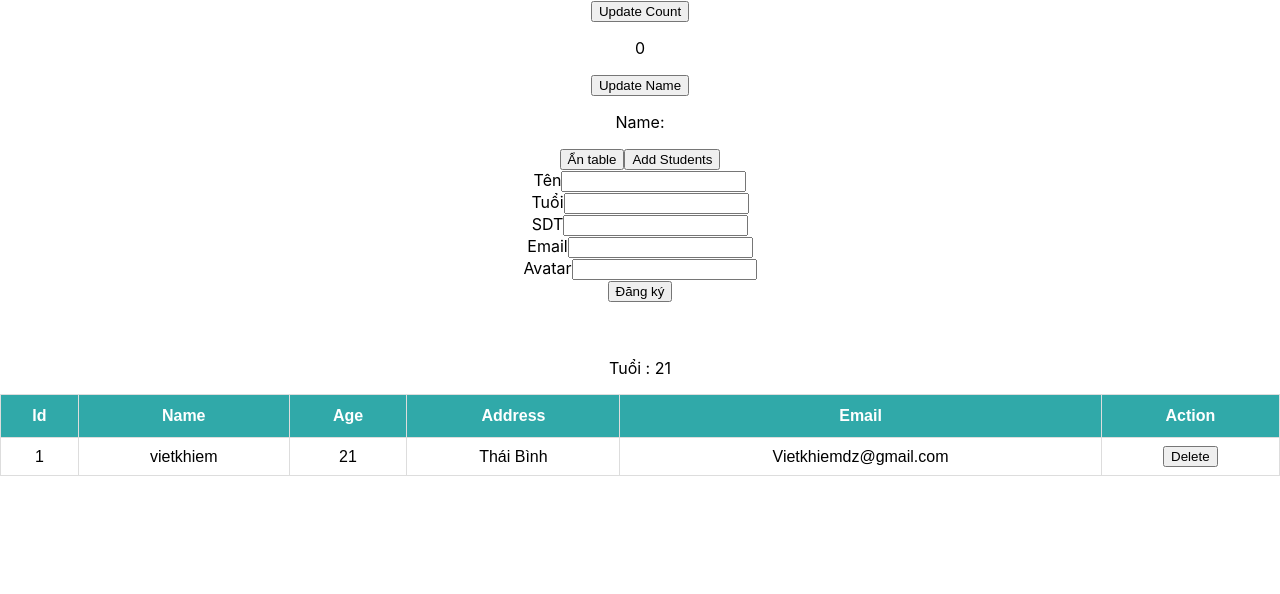
Repository: vietkhiem/TypeScript
Page: /
These files come from the project's save history. The page is drawn as it stood at one moment and after the next save; the edit follows.
The browser window is 1280 px wide. The pictures show the whole page.
The project was rebuilt for these pictures with package versions that can differ from the ones it lists, and the page was loaded fresh each time.

Above is the page before, as saved 2022-03-18 20:35:51.

### src/App.tsx
import React, {useState} from 'react';
import './App.css';
import Login from './pages/login';
import TableCustom from './pages/table';

type Student = {
  name: string,
  age: number,
  address: string,
  phone: number
}

function App() {
  const [count, setCount] = useState<number>(0);
  const [name, setName] = useState<string>('');
  //state trang thai hien thi bang
  const [isShowTable, setShowTable] = useState<boolean>(true);
  const studentsData = [
    {
      name: 'vietkhiem',
      age: 21,
      address: 'Thái Bình',
      email: 'Vietkhiemdz@gmail.com',
      action: 'Delete'
    }
  ]
  return (
    <div className="App">
      <button onClick={() => setCount(count+1)}>Update Count</button>
        <p>{count}</p>

      <button onClick={() => setName('viet khiem')}>Update Name</button>
        <p>Name: {name}</p>

        <button onClick={() => setShowTable(!isShowTable)}>
        {isShowTable === true ? 'Ẩn' : 'Hiện'}  table</button>

        <button>Add Students</button>
      {/* thêm view login vào trong App.tsx */}
        <Login />
        {/* thêm components table vào app */}
        {
          isShowTable === true
        ? <TableCustom rows={studentsData} />
        :null
        }

    </div>
  );
}

export default App;

### src/App.css
.App {
  text-align: center;
}

.App-link {
  color: #61dafb;
}

@keyframes App-logo-spin {
  from {
    transform: rotate(0deg);
  }
  to {
    transform: rotate(360deg);
  }
}
.customers {
  font-family: Arial, Helvetica, sans-serif;
  border-collapse: collapse;
  width: 100%;
}

.customers td, .customers th {
  border: 1px solid #ddd;
  padding: 8px;
}

.customers tr:nth-child(even){background-color: #f2f2f2;}

.customers tr:hover {background-color: #ddd;}

.customers th {
  padding-top: 12px;
  padding-bottom: 12px;
  text-align: center;
  background-color: rgb(48, 169, 169);
  color: white;
}

### src/pages/login/index.tsx
import React, {useState } from 'react'
import Table from '../table';

const Student = () => {
  type studenType = {
    name: string
    age: number
    phone: string
    email: string
  }
  const [data, setData] = useState<studenType[]>([
    {
      name: 'Nguyễn Viết Khiêm',
      age: 21,
      phone: '0965225408',
      email: 'khiemnvph10889@fpt.edu.vn',
    }
  ])
  const removeProduct = (id: number) => {
    console.log(id)
  }
  type info = {
    age: number
  }
  const showAge = (props: info): number => {
    return props.age
  }
  const [isShowTable, SetShowTable] = useState<boolean>(true)
  const [namevalue, setname] = useState<string>('')
  const [agevalue, setage] = useState<string>('')
  const [phonevalue, setphone] = useState<string>('')
  const [emailvalue, setemail] = useState<string>('')
  const [avatarvalue, setavatar] = useState<string>('')
  const onSubmit = (): any => {
    const datanew: any = {
      name: namevalue,
      age: +agevalue,
      phone: phonevalue,
      email: emailvalue,
      avatar: avatarvalue,
    }
    console.log(datanew);

    setData([...data,datanew])
  }
  return (
    <>
      <div className="w-[1200px] mx-auto">
        <form action="">
          <div>
            <label htmlFor="">Tên</label>
            <input
              onChange={(e) => setname(e.target.value)}
              className="border border-2 border-black"
              type="text"
            />
          </div>
          <div className="mt-4">
            <label htmlFor="">Tuổi</label>
            <input
              onChange={(e) => setage(e.target.value)}
              className="border border-2 border-black"
              type="number"
            />
          </div>
          <div className="mt-4">
            <label htmlFor="">SDT</label>
            <input
              onChange={(e) => setphone(e.target.value)}
              className="border border-2 border-black"
              type="text"
            />
          </div>
          <div className="mt-4">
            <label htmlFor="">Email</label>
            <input
              onChange={(e) => setemail(e.target.value)}
              className="border border-2 border-black"
              type="email"
            />
          </div>
          <div className="mt-4">
            <label htmlFor="">Avatar</label>
            <input
              onChange={(e) => setavatar(e.target.value)}
              className="border border-2 border-black"
              type="text"
            />
          </div>
          <button
            onClick={(e) => {
              onSubmit()
              e.preventDefault()
            }}
            className="mt-4  border-2 border-black"
          >
            Đăng ký
          </button>
        </form>
        <br />
        <br />
        <p>Tuổi : {showAge({ age: 21 })}</p>
      </div>
    </>
  )
}

export default Student;

### src/pages/table/index.tsx
import React from "react";

type row = {
  name: string,
  age: number,
  address: string,
  email: string,
  action: string
}
type TableProps = {
  rows: row[]
}
function Table({rows} : TableProps) {
    return (
      <>
        <table className="customers">
          <thead>
              <tr>
                <th>Id</th>
                <th>Name</th>
                <th>Age</th>
                <th>Address</th>
                <th>Email</th>
                <th>Action</th>
              </tr>
          </thead>
          <tbody>
              {
                rows.map((row, index) => (
                  <tr key={index}>
                    <td>{index +1}</td>
                    <td>{row.name}</td>
                    <td>{row.age}</td>
                    <td>{row.address}</td>
                    <td>{row.email}</td>
                    <td>
                      <button>{row.action}</button>
                    </td>
                  </tr>
                ))
              }
          </tbody>
        </table>
      </>
    );
}
export default Table;

Loaded but not shown: public/index.html (common file); src/index.tsx (common file); src/index.css (common file); src/reportWebVitals.ts (common file)

After the next save:
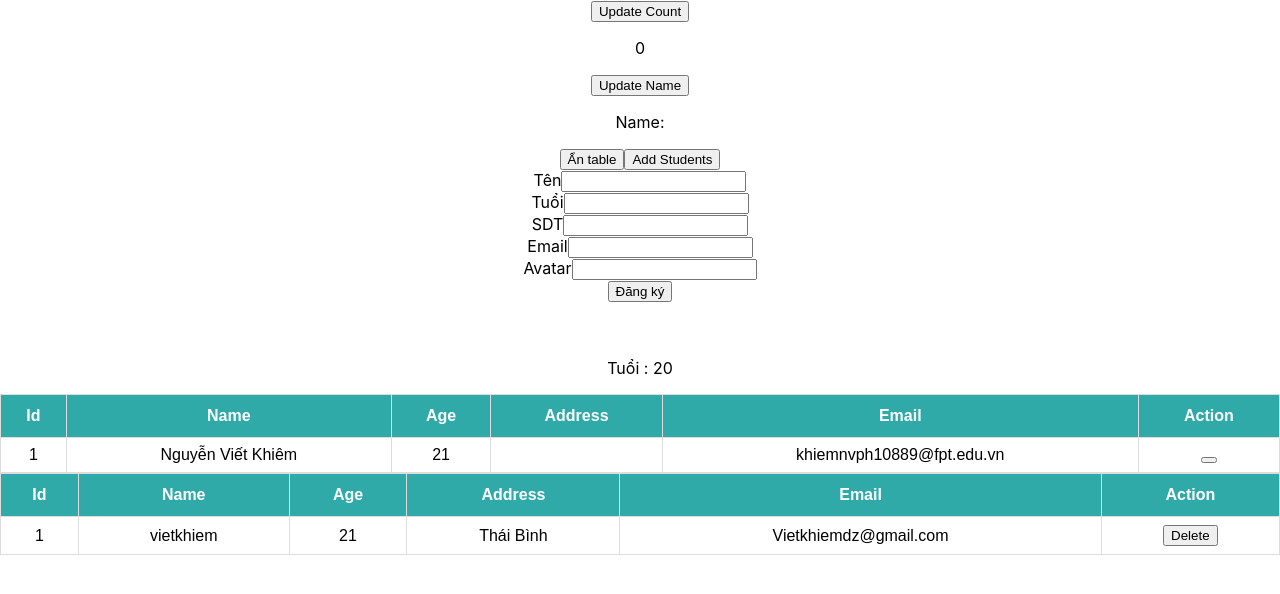
Saved 72 s later.
--- a/src/pages/login/index.tsx
+++ b/src/pages/login/index.tsx
@@ -1,4 +1,4 @@
-import React, {useState } from 'react'
+import React, { useState } from 'react'
 import Table from '../table';
 
 const Student = () => {
@@ -99,7 +99,8 @@
         </form>
         <br />
         <br />
-        <p>Tuổi : {showAge({ age: 21 })}</p>
+        <p>Tuổi : {showAge({ age: 20 })}</p>
+        {isShowTable && <Table rows={data} />}
       </div>
     </>
   )

After the save that followed:
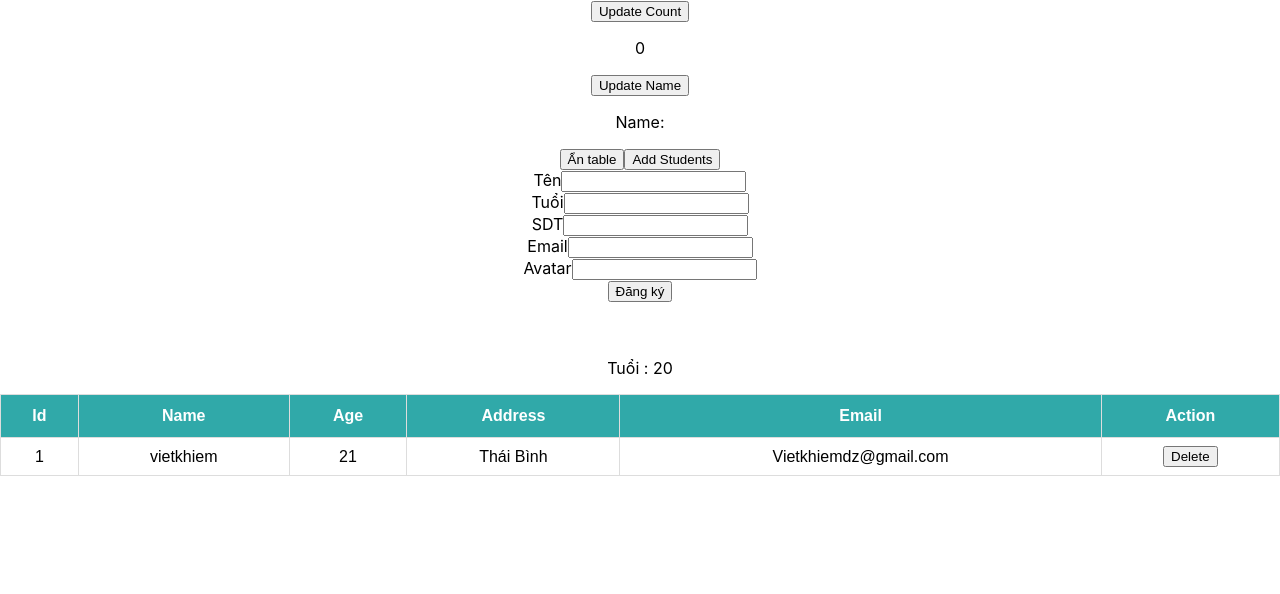
Saved 62 s later.
--- a/src/pages/login/index.tsx
+++ b/src/pages/login/index.tsx
@@ -100,7 +100,6 @@
         <br />
         <br />
         <p>Tuổi : {showAge({ age: 20 })}</p>
-        {isShowTable && <Table rows={data} />}
       </div>
     </>
   )
